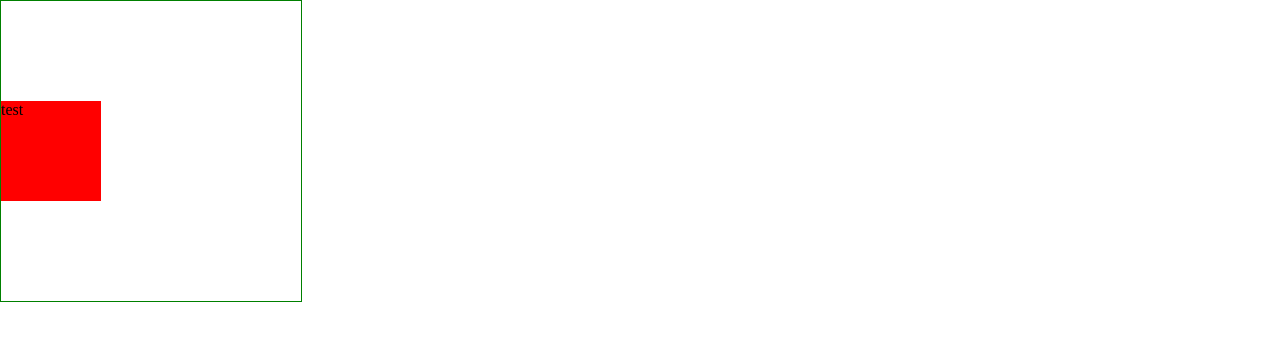
Repository: 319226862/wyy
Page: JavaScript/center.html
These files come from the project's save history. The page is drawn as it stood at one moment and after the next save; the edit follows.
The browser window is 1280 px wide. The pictures show the whole page.

Above is the page before, as saved 2023-07-27 20:06:49.

After the next save:
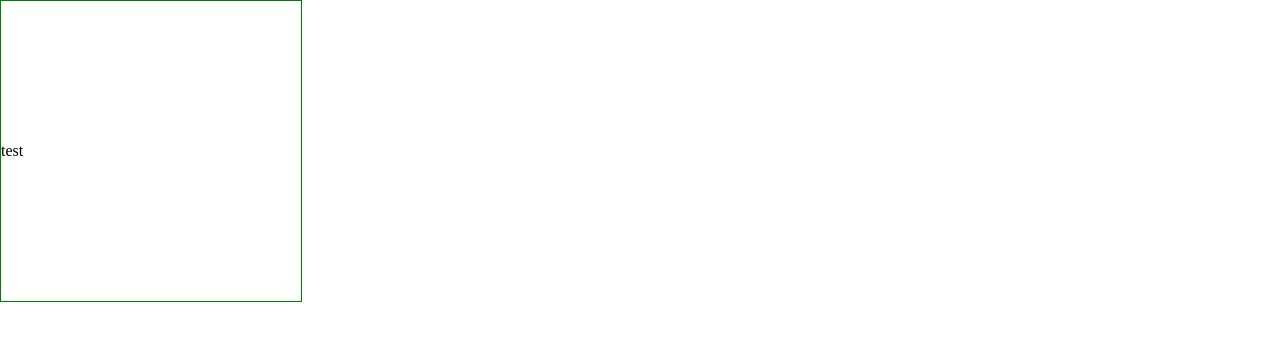
Saved 61 s later.
--- a/JavaScript/center.html
+++ b/JavaScript/center.html
@@ -16,16 +16,12 @@
             display: table-cell;
             vertical-align: middle;
         }
-        #test{
-            width: 100px;
-            height: 100px;
-            background-color: red;
-        }
+
     </style>
 </head>
 <body>
     <div id="main">
-        <p id="test">test</p>
+        <p>test</p>
     </div>
 </body>
 </html>

After the save that followed:
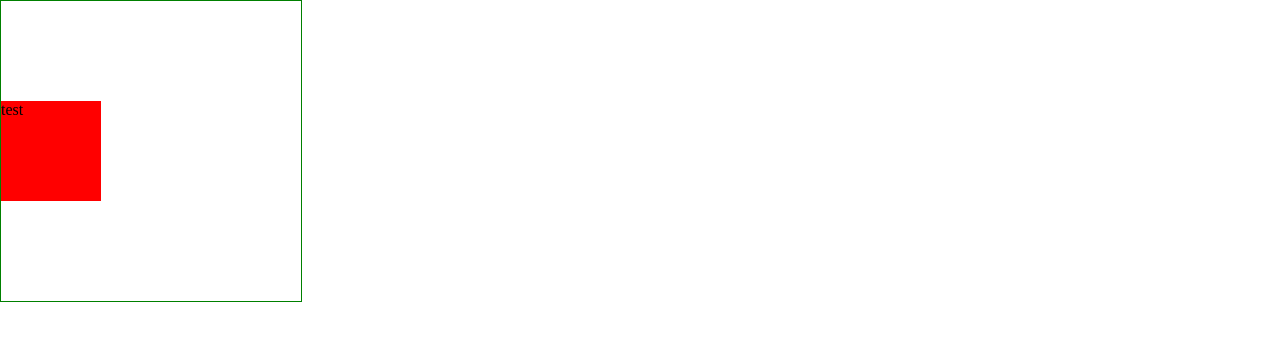
Saved 6 s later.
--- a/JavaScript/center.html
+++ b/JavaScript/center.html
@@ -16,12 +16,16 @@
             display: table-cell;
             vertical-align: middle;
         }
-
+        #test{
+            width: 100px;
+            height: 100px;
+            background-color: red;
+        }
     </style>
 </head>
 <body>
     <div id="main">
-        <p>test</p>
+        <p id="test">test</p>
     </div>
 </body>
 </html>
